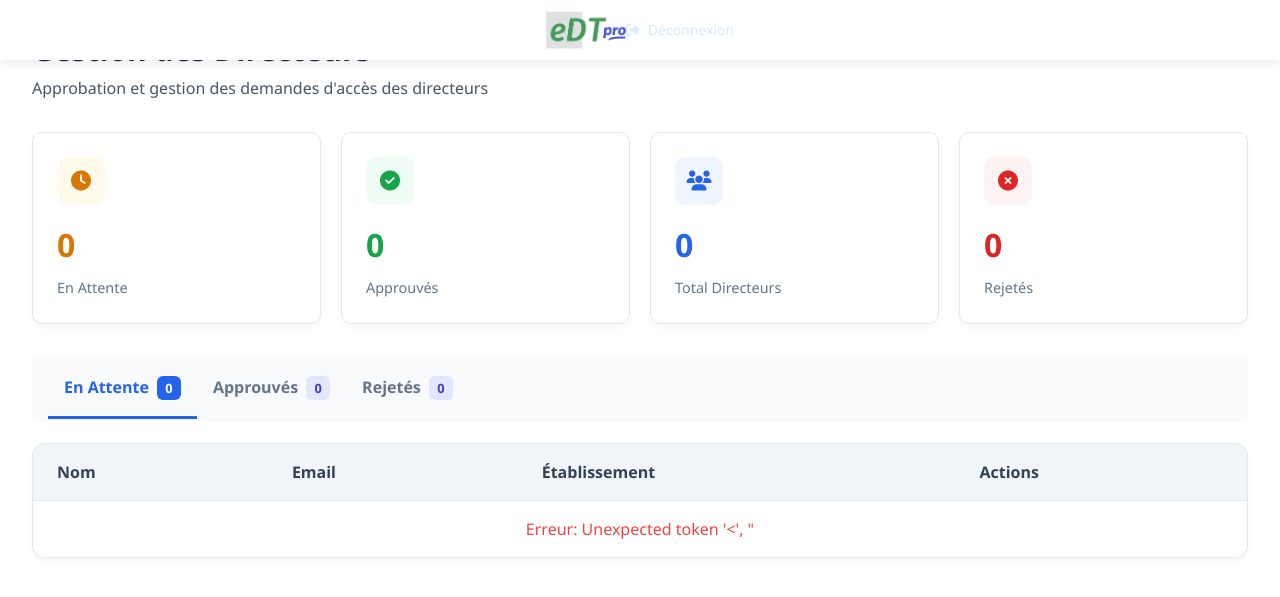
Repository: Mouad-git/edtpro
Page: gestion_edt/public/admin_dashboard.html
These files come from the project's save history. The page is drawn as it stood at one moment and after the next save; the edit follows.
The browser window is 1280 px wide. The pictures show the whole page.
Some web libraries are served in a nearby version.

Above is the page before, as saved 2025-08-08 18:29:39.

After the next save:
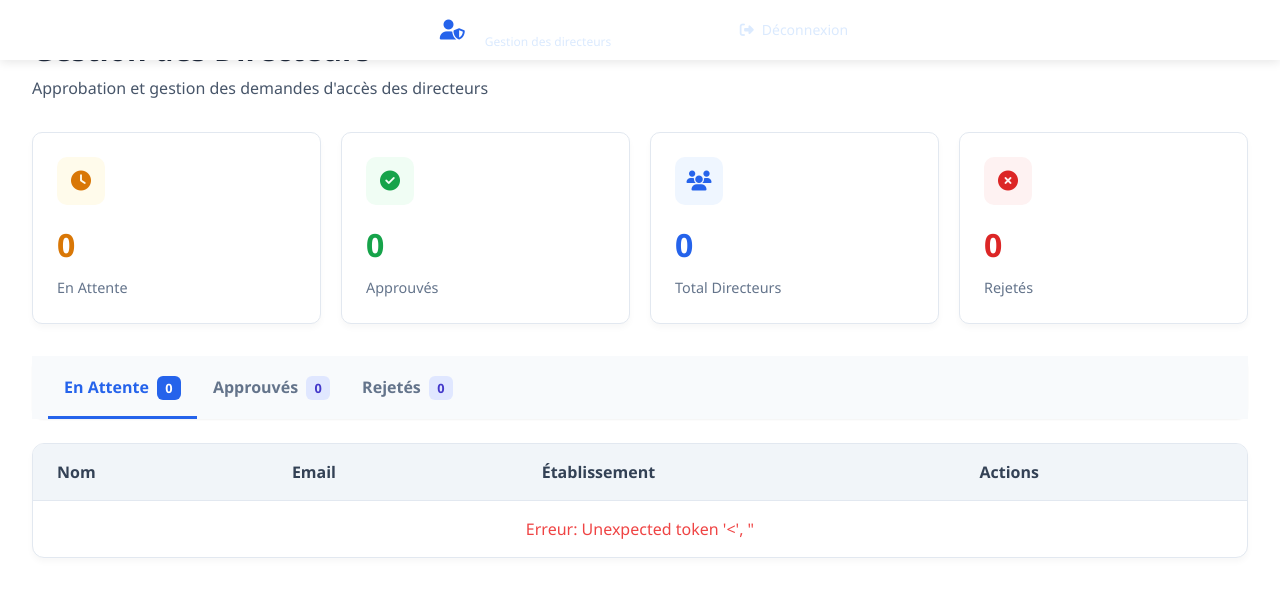
Saved 16 s later.
--- a/gestion_edt/public/admin_dashboard.html
+++ b/gestion_edt/public/admin_dashboard.html
@@ -84,7 +84,10 @@
     <nav>
         <div class="max-w-7xl mx-auto px-4 sm:px-6 lg:px-8">
             <div class="flex justify-between items-center h-16">
-                <img src="assets/images/logo_edtpro.png" style="height: 80px; width: auto;" id="logo" alt="Logo">
+                <div class="flex items-center space-x-3">
+                    <div class="bg-white p-2 rounded-lg"><i class="fas fa-user-shield text-blue-600 text-xl"></i></div>
+                    <div><div class="font-bold text-white">Tableau de Bord Administrateur</div><div class="text-xs text-blue-100">Gestion des directeurs</div></div>
+                </div>
                 <div><a href="../api/auth/logout.php" class="flex items-center text-sm font-medium text-blue-100 hover:text-white transition"><i class="fas fa-sign-out-alt mr-2"></i>Déconnexion</a></div>
             </div>
         </div>
